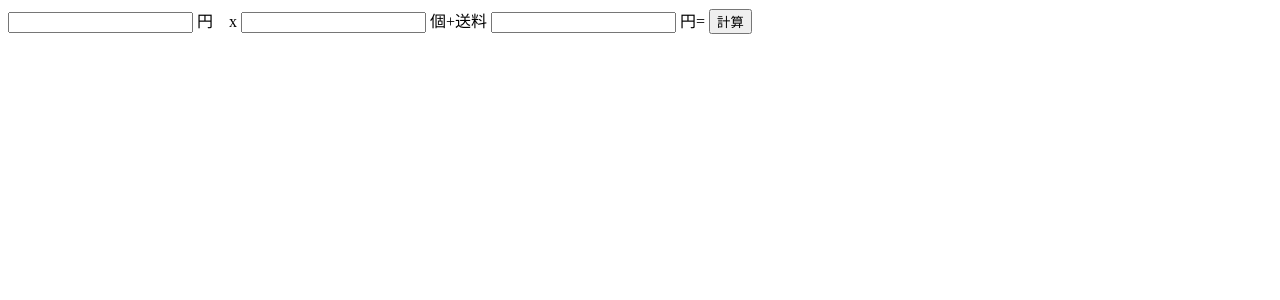
Repository: ishioka-1129/test
Page: http://localhost/HelloJSP/
These files come from the project's save history. The page is drawn as it stood at one moment and after the next save; the edit follows.
The browser window is 1280 px wide. The pictures show the whole page.
The page is served by Tomcat 9. Other server files are loaded and not shown.

Above is the page before, as saved 2018-05-30 04:21:27.

### HelloJSP/WebContent/index.jsp
<%@ page language="java" contentType="text/html; charset=UTF-8"
    pageEncoding="UTF-8"%>
<!DOCTYPE html>
<html>
<head>
<meta charset="UTF-8">
<title>TEST</title>
</head>
<body>
<form method="post" action="total-out.jsp">
<input type="text"name="price">
円　x
<input type="text"name="count">
個+送料
<input type="text"name="delivery">
円=
<input type="submit"value="計算">
</form>
</body>
</html>

After the next save:
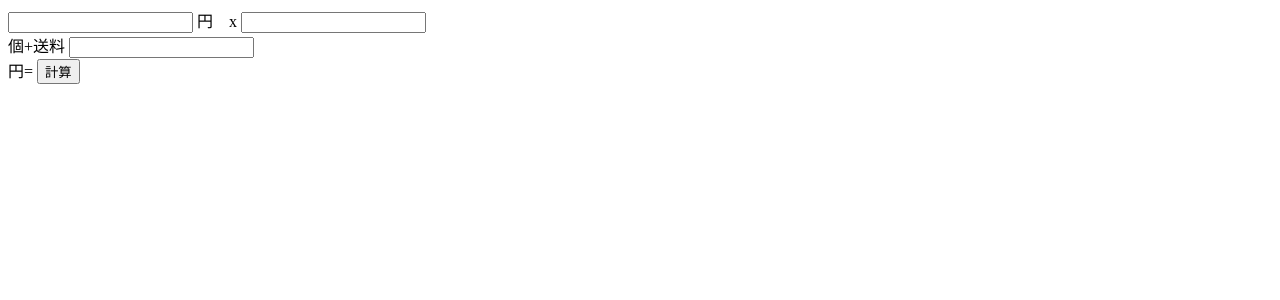
Saved 11 min 59 s later.
--- a/HelloJSP/WebContent/index.jsp
+++ b/HelloJSP/WebContent/index.jsp
@@ -11,9 +11,9 @@
 <input type="text"name="price">
 円　x
 <input type="text"name="count">
-個+送料
+<br>個+送料
 <input type="text"name="delivery">
-円=
+<br>円=
 <input type="submit"value="計算">
 </form>
 </body>

After the save that followed:
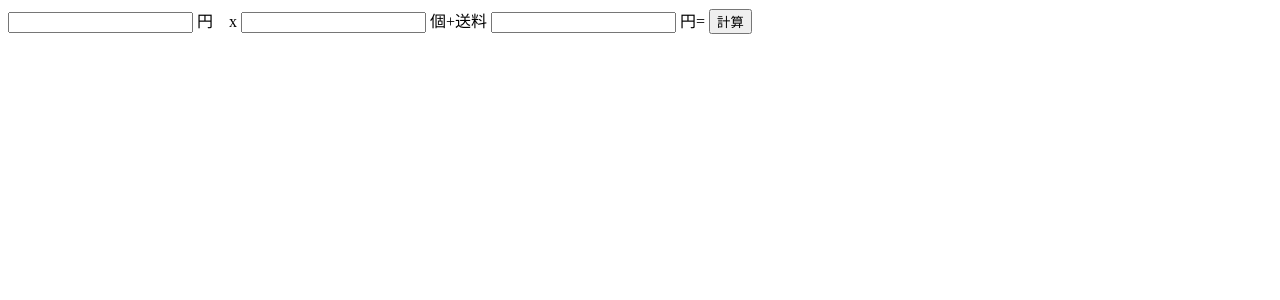
Saved 26 s later.
--- a/HelloJSP/WebContent/index.jsp
+++ b/HelloJSP/WebContent/index.jsp
@@ -11,9 +11,9 @@
 <input type="text"name="price">
 円　x
 <input type="text"name="count">
-<br>個+送料
+個+送料
 <input type="text"name="delivery">
-<br>円=
+円=
 <input type="submit"value="計算">
 </form>
 </body>
